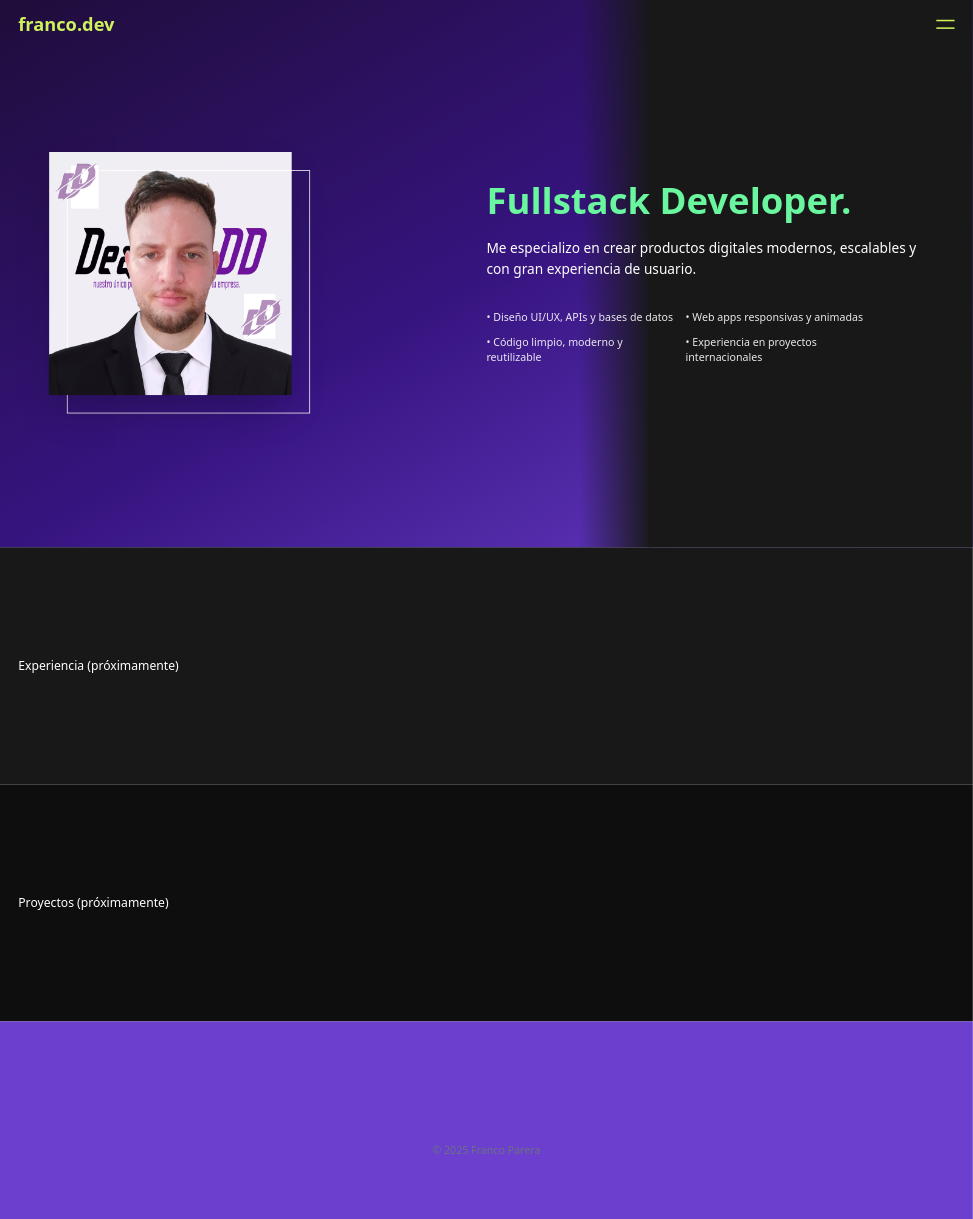
Repository: francoluca35/portfolio-franco-dev
Page: /
These files come from the project's save history. The page is drawn as it stood at one moment and after the next save; the edit follows.
The browser window is 1280 px wide. The pictures show the whole page, at 76% of full size.
The project was rebuilt for these pictures with package versions that can differ from the ones it lists, and the page was loaded fresh each time. The framework's server and built-in components were replaced by stand-ins that run in the browser. Also part of the build but not shown: next.config.js.

Above is the page before, as saved 2025-05-06 01:38:09.

### app/layout.jsx
import Nav from "../components/Nav";
import "../styles/globals.css";

export const metadata = {
  title: "Franco Parera | Desarrollador Web Fullstack",
  description:
    "Portfolio de Franco Parera, desarrollador web especializado en React, Next.js y soluciones escalables.",
  keywords:
    "desarrollador web, portfolio, frontend, backend, next.js, react, diseño web, SEO, Buenos Aires",
  authors: [{ name: "Franco Parera" }],
  creator: "Franco Parera",
  openGraph: {
    title: "Franco Parera | Desarrollador Web",
    description:
      "Conocé mis proyectos como desarrollador web fullstack. Diseño moderno, rendimiento y SEO.",
    url: "https://tusitio.com",
    siteName: "Franco Parera | Portfolio",
    images: [
      {
        url: "https://tusitio.com/og-image.jpg",
        width: 1200,
        height: 630,
        alt: "Imagen portfolio Franco",
      },
    ],
    locale: "es_AR",
    type: "website",
  },
  twitter: {
    card: "summary_large_image",
    title: "Franco Parera | Desarrollador Web",
    description:
      "Portfolio profesional de Franco Parera con proyectos reales, experiencia y habilidades técnicas.",
    images: ["https://tusitio.com/og-image.jpg"],
  },
};

export default function RootLayout({ children }) {
  return (
    <html lang="es">
      <head>
        <meta name="viewport" content="width=device-width, initial-scale=1" />
        <link rel="icon" href="/favicon.ico" />
      </head>
      <body className="antialiased scroll-smooth">
        <Nav />
        <div className="pt-20">{children}</div>{" "}
      </body>
    </html>
  );
}

### app/page.jsx
import Hero from "../components/Hero";
import Experience from "../components/Experience";
import Projects from "../components/Projects";
import Footer from "../components/Footer";

export default function HomePage() {
  return (
    <main>
      <section id="inicio">
        <Hero />
      </section>

      <section id="experiencia" className="bg-[#181818] text-white py-20 px-6">
        <Experience />
      </section>

      <section id="proyectos" className="bg-[#0E0E0E] text-white py-20 px-6">
        <Projects />
      </section>

      <section id="contacto" className="bg-[#6C3FCF] text-white py-20 px-6">
        <Footer />
      </section>
    </main>
  );
}

### components/Nav.jsx
"use client";

import { useState, useEffect } from "react";
import Link from "next/link";
import { motion, AnimatePresence } from "framer-motion";

export default function Nav() {
  const [isOpen, setIsOpen] = useState(false);
  const [scrolled, setScrolled] = useState(false);

  useEffect(() => {
    const handleScroll = () => {
      setScrolled(window.scrollY > 10);
    };
    window.addEventListener("scroll", handleScroll);
    return () => window.removeEventListener("scroll", handleScroll);
  }, []);

  return (
    <>
      {/* Navbar superior */}
      <nav
        className={`fixed w-full px-6 py-4 flex justify-between items-center z-50 transition-colors duration-300 ${
          scrolled ? "bg-[#570c6c4b] shadow-lg" : "bg-transparent"
        }`}
      >
        <h1 className="text-2xl font-bold text-[#CFF25C]">franco.dev</h1>

        <button onClick={() => setIsOpen(true)} className="space-y-2">
          <span className="block w-6 h-0.5 bg-[#CFF25C]"></span>
          <span className="block w-6 h-0.5 bg-[#CFF25C]"></span>
        </button>
      </nav>

      {/* Menú fullscreen */}
      <AnimatePresence>
        {isOpen && (
          <motion.div
            initial={{ opacity: 0 }}
            animate={{ opacity: 1 }}
            exit={{ opacity: 0 }}
            className="fixed inset-0 bg-[#6C3FCF] text-white flex flex-col items-center justify-center text-5xl font-extrabold z-50"
          >
            <button
              onClick={() => setIsOpen(false)}
              className="absolute top-6 right-8 text-lg font-bold"
            >
              close
            </button>

            <ul className="space-y-8 text-center">
              <li>
                <Link href="#inicio" onClick={() => setIsOpen(false)}>
                  INICIO
                </Link>
              </li>
              <li>
                <Link href="#experiencia" onClick={() => setIsOpen(false)}>
                  EXPERIENCIA
                </Link>
              </li>
              <li>
                <Link href="#proyectos" onClick={() => setIsOpen(false)}>
                  PROYECTOS
                </Link>
              </li>
              <li>
                <Link href="#contacto" onClick={() => setIsOpen(false)}>
                  CONTACTO
                </Link>
              </li>
            </ul>

            <div className="text-sm font-light mt-16 flex gap-8">
              <a
                href="https://linkedin.com/in/francoparera"
                target="_blank"
                rel="noopener noreferrer"
              >
                LinkedIn
              </a>
              <a
                href="https://twitter.com"
                target="_blank"
                rel="noopener noreferrer"
              >
                Twitter
              </a>
            </div>
          </motion.div>
        )}
      </AnimatePresence>
    </>
  );
}

### components/Hero.jsx
"use client";
import { motion } from "framer-motion";
import Image from "next/image";

export default function Hero() {
  return (
    <section className="-mt-20 relative w-full min-h-screen text-white flex items-center justify-center sm:px-12 py-20 bg-gradient-to-br from-[#1f0d3a] via-[#36147f] to-[#6C3FCF]">
      {/* Fondo negro a la derecha */}
      <div className="hidden md:block absolute top-0 right-0 w-1/3 h-full bg-[#181818] z-0" />

      {/* Difuminado entre violeta y negro */}
      <div className="hidden md:block absolute top-0 right-[33%] w-24 h-full bg-gradient-to-r from-transparent to-[#181818] z-10" />

      {/* Contenido */}
      <div className="relative z-20 max-w-6xl w-full flex flex-col items-center md:flex-row md:items-center md:justify-between gap-10 md:gap-0">
        {/* Imagen arriba en mobile, a la derecha en desktop */}
        <motion.div
          initial={{ opacity: 0, scale: 0.95 }}
          animate={{ opacity: 1, scale: 1 }}
          transition={{ duration: 0.6 }}
          className="relative flex justify-center"
        >
          {/* Cuadro blanco detrás */}
          <div className="absolute top-6 left-6 w-60 h-60 md:w-80 md:h-80 border border-white z-0" />

          {/* Imagen principal */}
          <div className="relative w-60 h-60 md:w-80 md:h-80 shadow-2xl overflow-hidden z-10">
            <Image
              src="/assets/yo-franco.png"
              alt="Foto de Franco"
              fill
              className="object-cover"
              priority
            />
          </div>
        </motion.div>

        {/* Texto debajo en mobile, izquierda en desktop */}
        <div className="text-center md:text-left md:w-1/2 space-y-6">
          <motion.h1
            initial={{ opacity: 0, y: 20 }}
            animate={{ opacity: 1, y: 0 }}
            transition={{ duration: 0.6 }}
            className="text-4xl sm:text-5xl font-extrabold text-[#6af59f]"
          >
            Fullstack Developer.
          </motion.h1>

          <motion.p
            initial={{ opacity: 0, y: 20 }}
            animate={{ opacity: 1, y: 0 }}
            transition={{ delay: 0.2, duration: 0.6 }}
            className="text-base sm:text-lg text-white max-w-xl mx-auto md:mx-0"
          >
            Me especializo en crear productos digitales modernos, escalables y
            con gran experiencia de usuario.
          </motion.p>

          <div className="grid grid-cols-1 sm:grid-cols-2 gap-3 text-sm text-white/90 max-w-lg mx-auto md:mx-0 pt-4">
            <p>• Diseño UI/UX, APIs y bases de datos</p>
            <p>• Web apps responsivas y animadas</p>
            <p>• Código limpio, moderno y reutilizable</p>
            <p>• Experiencia en proyectos internacionales</p>
          </div>
        </div>
      </div>
    </section>
  );
}

### components/Experience.jsx
export default function Experience() { return <section className="my-16">Experiencia (próximamente)</section>; }

### components/Projects.jsx
export default function Projects() { return <section className="my-16">Proyectos (próximamente)</section>; }

### components/Footer.jsx
export default function Footer() { return <footer className="mt-20 text-center text-sm text-gray-500">© 2025 Franco Parera</footer>; }

### tailwind.config.js
/** @type {import('tailwindcss').Config} */
module.exports = {
  content: [
    "./app/**/*.{js,ts,jsx,tsx}",
    "./components/**/*.{js,ts,jsx,tsx}",
  ],
  darkMode: 'class',
  theme: {
    extend: {},
  },
  plugins: [],
}

Loaded but not shown: styles/globals.css (common file)

After the next save:
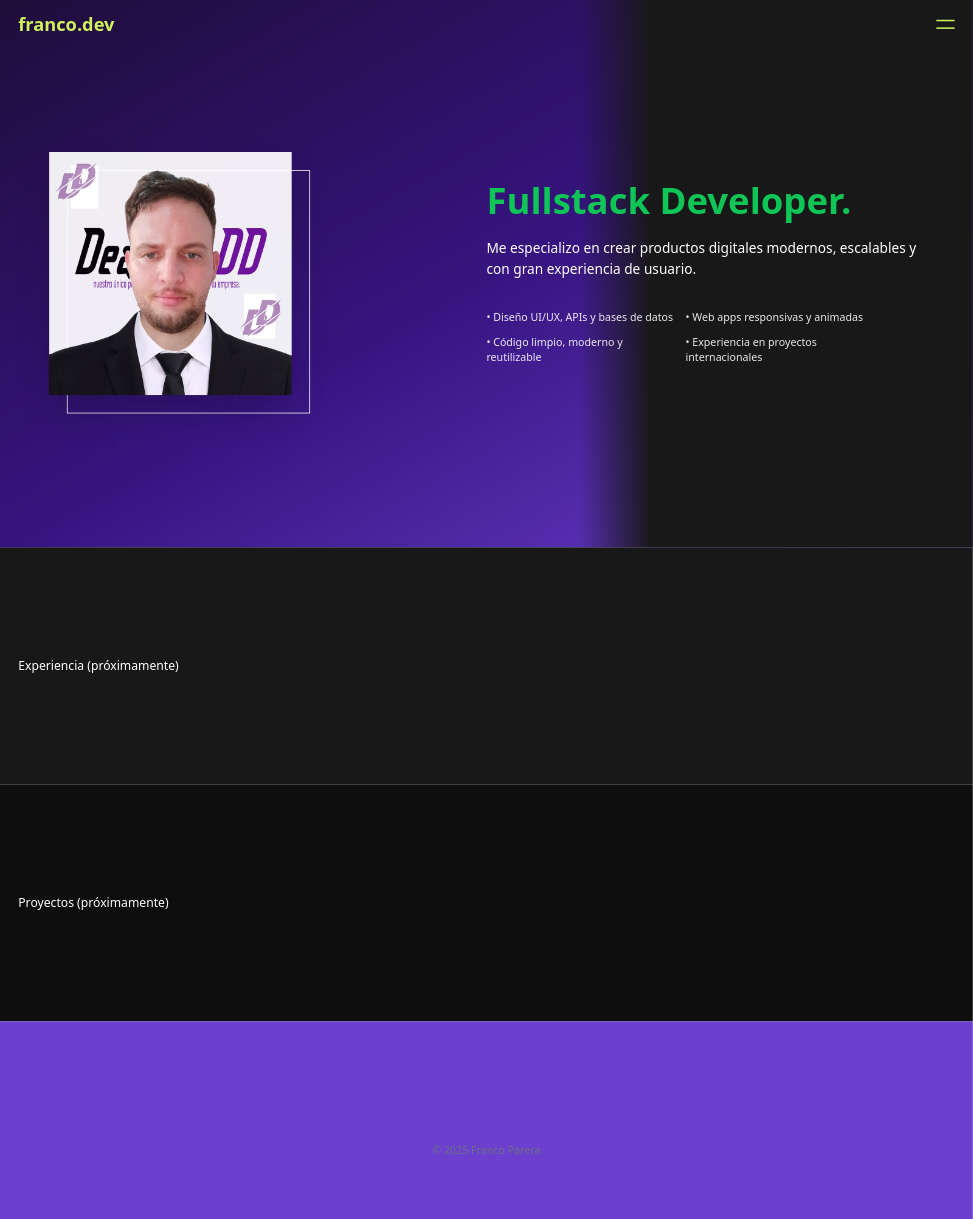
Saved 22 s later.
--- a/components/Hero.jsx
+++ b/components/Hero.jsx
@@ -41,7 +41,7 @@ export default function Hero() {
             initial={{ opacity: 0, y: 20 }}
             animate={{ opacity: 1, y: 0 }}
             transition={{ duration: 0.6 }}
-            className="text-4xl sm:text-5xl font-extrabold text-[#6af59f]"
+            className="text-4xl sm:text-5xl font-extrabold text-[#0fc555]"
           >
             Fullstack Developer.
           </motion.h1>
